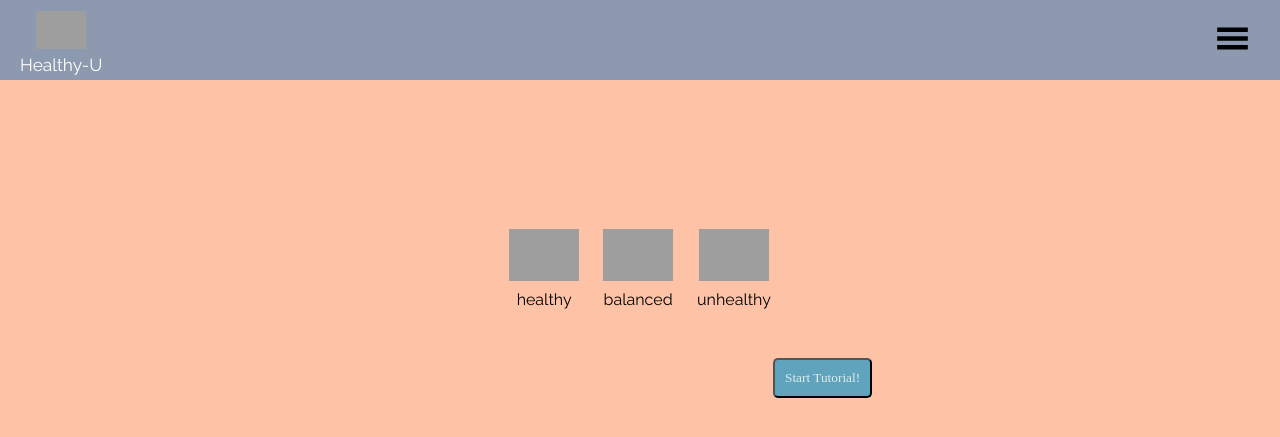
Repository: smashy09/healthy-share
Page: /InformationPage
An editor plug-in stored every save of this project. The page is shown before and after the next save, followed by the edit.
The browser window is 1280 px wide. The pictures show the whole page.
Pictures or frames that could not be fetched are drawn as grey boxes. The project was rebuilt for these pictures with package versions that can differ from the ones it lists, and the page was loaded fresh each time. The framework's server and built-in components were replaced by stand-ins that run in the browser. Also part of the build but not shown: next.config.js.

Above is the page before, as saved 2020-05-14 23:44:19.

After the next save:
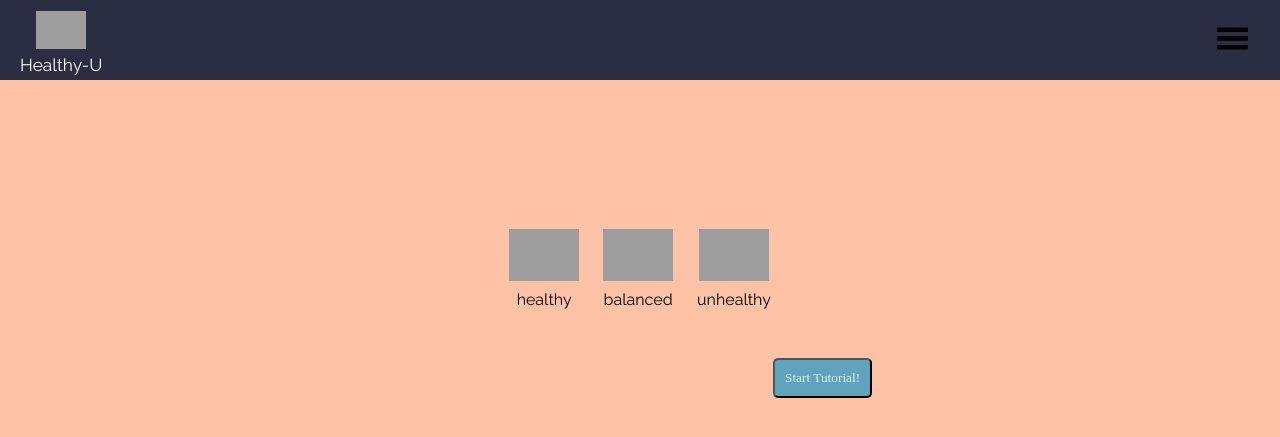
Saved 23 s later.
--- a/comps/Header/header.css
+++ b/comps/Header/header.css
@@ -5,7 +5,7 @@ body, html{
 .HeaderContainer {
     width: 100%;
     height: 80px;
-    background-color:#8D99AE;
+    background-color:#2B2D42;
     display: inline-flex;
     align-items: center;
 }
